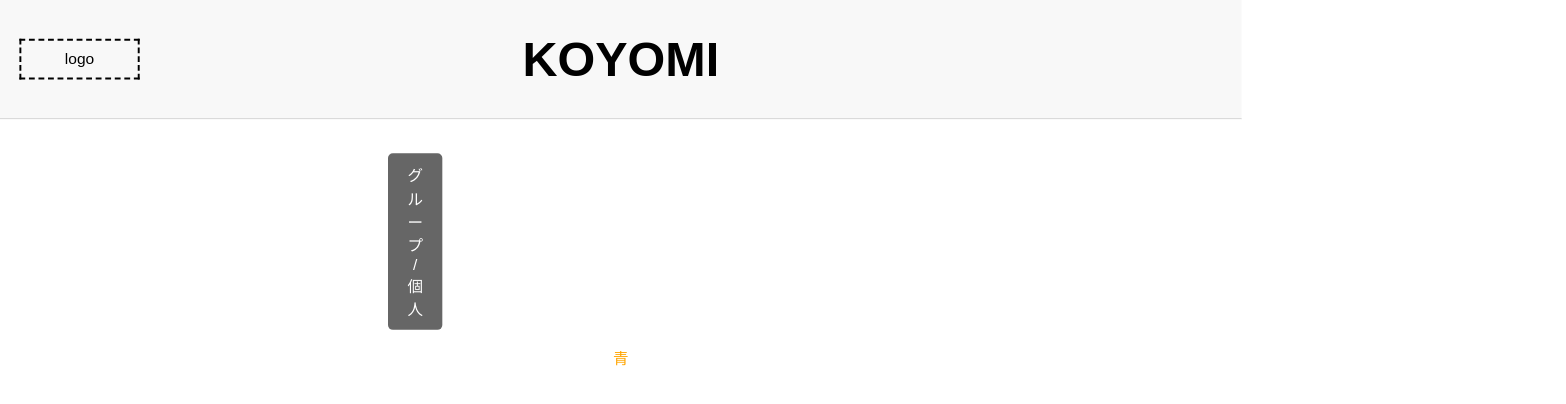
Repository: teramu0602/koyomi
Page: http://localhost/grouplist
An editor plug-in stored every save of this project. The page is shown before and after the next save, followed by the edit.
The browser window is 1280 px wide. The page is 1614 px wide, then 1280 px, so the pictures cover 1614 px, including what lies to the right of the window. The pictures show the whole page, at 97% of full size.
Some web fonts or font styles are not loaded; a fallback is used. The page is served by the project's Laravel application, run on PHP 8.4 with Laravel 9. Other server files are loaded and not shown. Style sheets and scripts are compiled from the project's sources, by tool versions that may differ from the author's.

Above is the page before, as saved 2025-02-22 09:20:03.

### routes/web.php
<?php

use Illuminate\Support\Facades\Route;
use App\Http\Controllers\CalendarController;
use App\Http\Controllers\PostController;
use App\Http\Controllers\Auth\LoginController;



/*
|--------------------------------------------------------------------------
| Web Routes
|--------------------------------------------------------------------------
|
| Here is where you can register web routes for your application. These
| routes are loaded by the RouteServiceProvider within a group which
| contains the "web" middleware group. Now create something great!
|
*/

Route::get('/', function () {
    return view('welcome');
});

Route::get('/admin', function () {
    return view('layouts/admin');
});

Route::get('/admin/home', function () {
    return view('calender/home');
});

Route::get('/custom-login', [LoginController::class, 'showLoginForm'])->name('custom.login');
Route::post('/custom-login', [LoginController::class, 'login'])->name('custom.login.submit');
Route::get('/custom-login', function () {
    return view('admin/login');
});

Route::get('/signup', function () {
    return view('admin/signup');
});
Auth::routes();

Route::get('/home', [App\Http\Controllers\HomeController::class, 'index'])->name('home');



Route::get('/calendar', function () {
    return view('calender/calendar');
})->name('calendar');

Route::get('/calendar/{year}/{month}', [CalendarController::class, 'show'])->name('calendar.show');
Route::get('/admin/home/{year}/{month}', [CalendarController::class, 'showAdmin'])->name('calendar.admin.show');

Route::get('/admin/home', [CalendarController::class, 'index']);

Route::get('/grouplist', function () {
    return view('admin/group_list');
});

### resources/views/admin/group_list.blade.php
@extends('layouts.admin_calender')
<head>
<link href="{{ asset('css/common.admin.css') }}" rel="stylesheet">
</head>

@section('content')
<button class="switch_button" onclick="toggleMode()">グループ / 個人</button>
<p class = "purple">青</p>
@endsection

### resources/views/layouts/admin_calender.blade.php
<!DOCTYPE html>
<html lang="{{ app()->getLocale() }}">
    <head>
        <meta charset="utf-8">
        <meta http-equiv="X-UA-Compatible" content="IE=edge">
        <meta name="viewport" content="width=device-width, initial-scale=1">
        <meta name="csrf-token" content="{{ csrf_token() }}">

        <title>@yield('title')</title>

        <script src="{{ asset('js/app.js') }}" defer></script>

        <link rel="dns-prefetch" href="https://fonts.gstatic.com">
        <link href="https://fonts.googleapis.com/css?family=Raleway:300,400,600" rel="stylesheet" type="text/css">

        <link href="{{ asset('css/admin.css') }}" rel="stylesheet">


    </head>

   <header>
        <div class="logo">logo</div>
        <h1 class="service-name">KOYOMI</h1>
        @yield('drop_menu')
    </header>

    <main>
    @yield('content')
    </main>
    <body>
    </body>

</html>

### public/css/common.admin.css
.button {
    background-color: aquamarine;
    margin-left: 1000px;
}
.purple {
    color: orange;
}

.switch_button{
    margin-right: 1158px !important;
}

### resources/sass/admin.scss
@charset "UTF-8";
body {
  font-family: Arial, sans-serif;
  text-align: center;
  margin: 0;
  padding: 0;
}

header {
  display: flex;
  justify-content: center;
  align-items: center;
  width: 100%;

  padding: 40px 0px 40px 0px;
  background-color: #f8f8f8;
  border-bottom: 1px solid #ccc;
}

.logo {
  border: 2px dashed black;
  padding: 10px;
  width: 100px;
  text-align: center;
  margin-right: auto;
  margin-left: 20px;
}

.service-name {
  font-size: 50px;
  position: absolute; /* ページ全体に対して中央配置 */
  left: 50%;
  transform: translateX(-50%); /* 画面の中央に配置 */
  text-align: center; /* 中央揃え */
}

main {
  margin-top: 0px;
  background: linear-gradient(to bottom, orange 0%, white 0%);
}

h2 {
  font-size: 22px;
  margin-bottom: 50px;
}

form {
  display: flex;
  flex-direction: column;
  align-items: center;
  gap: 10px;
}

label {
  font-weight: bold;
}

input {
  width: 300px;
  padding: 8px;
  border: 1px solid #ccc;
  border-radius: 4px;
}

button {
  background-color: #666;
  color: white;
  padding: 10px 20px;
  border: none;
  border-radius: 5px;
  cursor: pointer;
  margin-top: 35px;
  font-size: 16px;
}

button:hover {
  background-color: #444;
}

.login-link {
  margin-top: 40px;
  font-size: 14px;
  color: #555;
}

.checkbox {
  margin: 30px;
  display: flex; /* 横並びにする */
  align-items: center;
  margin-right: 170px;
}

.checkbox input[type=checkbox] {
  margin-right: 10px; /* チェックボックスとテキストの間隔 */
}

.remember {
  font-size: 14px;
}

input#remember {
  width: 10px; /* 幅を300pxに設定 */
  height: 20px; /* 高さを13pxに設定 */
}

.checkbox label {
  font-weight: normal;
}

table {
  width: 100%;
  border-collapse: collapse;
}

td {
  border: 1px solid grey;
  text-align: left; /* 左揃え */
  vertical-align: top; /* 上揃え */

  padding: 0px 0px 150px 0px;

}

th {
  background: white;
  text-align: center;
  padding: 10px;
}

.sunday {
  background: pink;
  color: red;
}

.red {
  color: red;
}

.saturday {
  background: pink;
  color: blue;
}

.blue{
  color: blue;
}

.next-month {
  background: #ccc;
  color: #666;
}

.month_toggle {
  text-decoration: none;
  color: black;
}

.nav-item {
  list-style: none;
  margin-right: 20px;
}

.pink {
  color: pink;
  background-color: purple;
}
.prev-month, .next-month {
  background: #ccc;
  color: #666;
}

.switch {
  background-color: orange;
  padding: 0px 0px 35px 0px;
  font-size: 20px;
}

.who {
  background-color: palegoldenrod;
  font-size: 20px;
  margin-right: 400px;
}

.switch_button{
  margin-left: 400px;
}

table {
  width: 80%; /* テーブルの幅を90%に設定 */
  margin-left: auto; /* 左側の空白 */
  margin-right: auto; /* 右側の空白 */
  margin-bottom: 50px;
}

Loaded but not shown: app/Http/Controllers/Auth/ConfirmPasswordController.php (common file); app/Http/Controllers/Controller.php (common file)

After the next save:
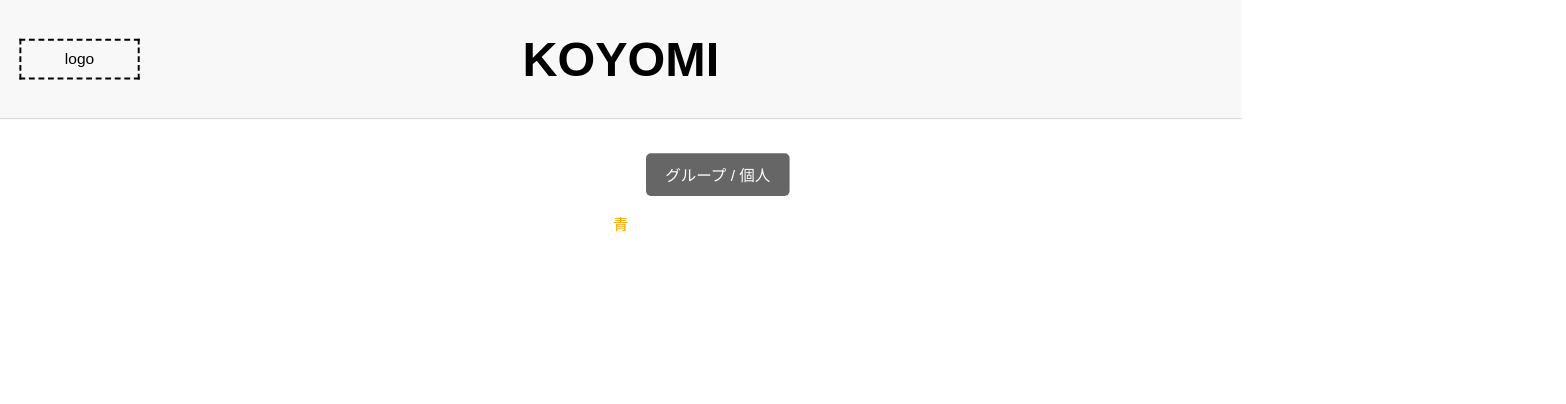
Saved 5 s later.
--- a/public/css/common.admin.css
+++ b/public/css/common.admin.css
@@ -7,5 +7,5 @@
 }
 
 .switch_button{
-    margin-right: 1158px !important;
+    margin-right: 200px !important;
 }
